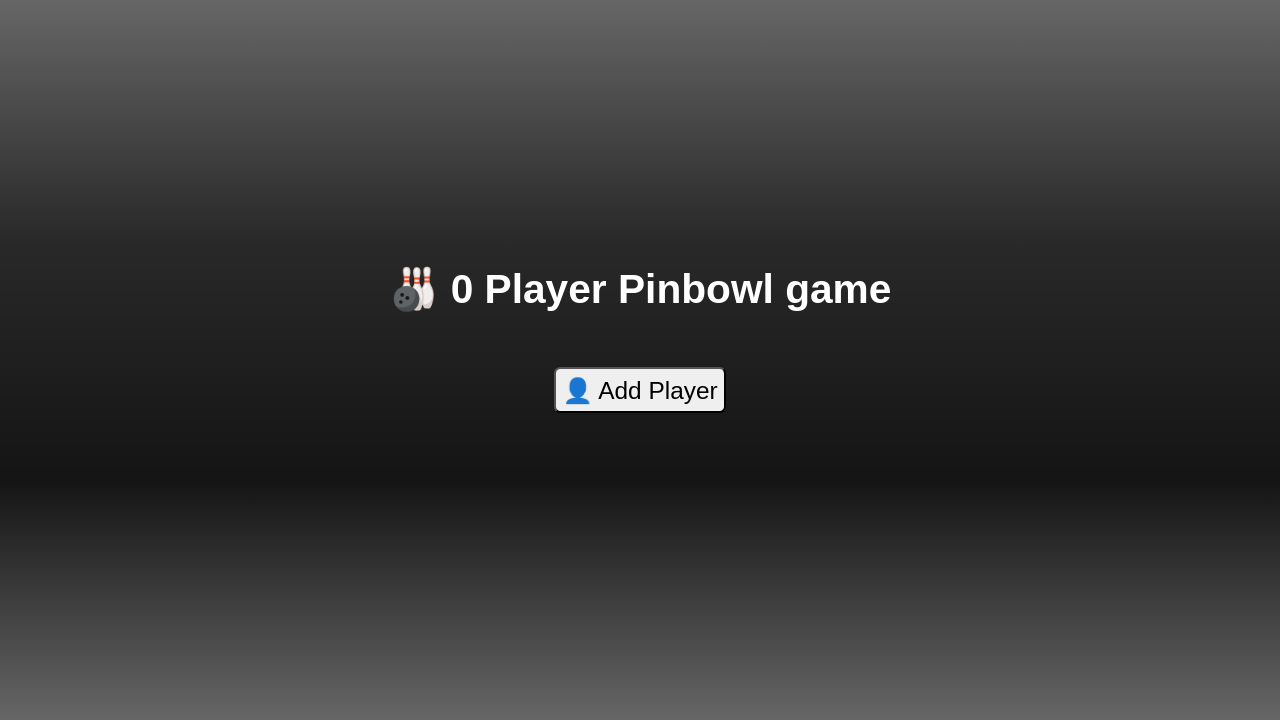
Repository: AckerApple/pinbowl
Page: index.html
The author's editor kept a copy of each file at every save. The page is drawn from the files as they stood at one save, then again after the next save.
The browser window is 1280 px wide. The pictures show the whole page.

Above is the page before, as saved 2023-11-08 18:32:22.

After the next save:
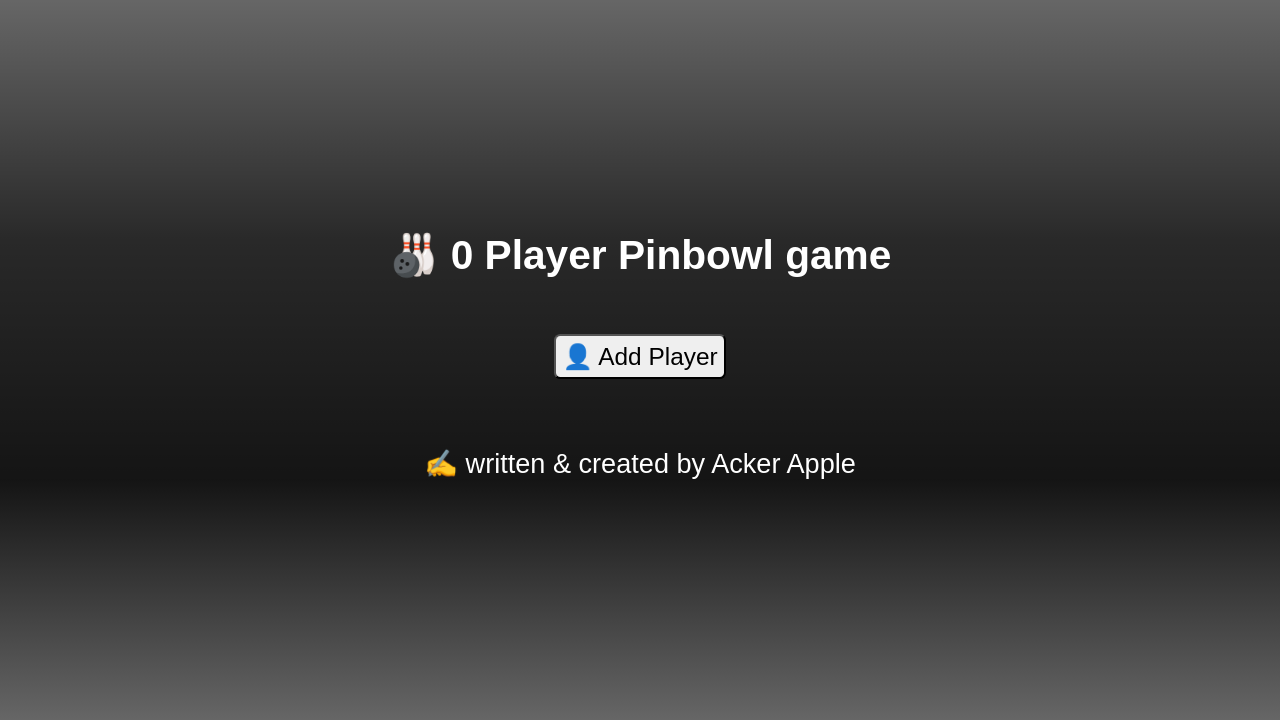
Saved 35 s later.
--- a/app.js
+++ b/app.js
@@ -262,6 +262,8 @@ export function SmallBowlApp() {
         `)}
       </div>
       <br /><br />
+      ✍️ written & created by Acker Apple
+      <br /><br />
     </div>
   `)
 }
